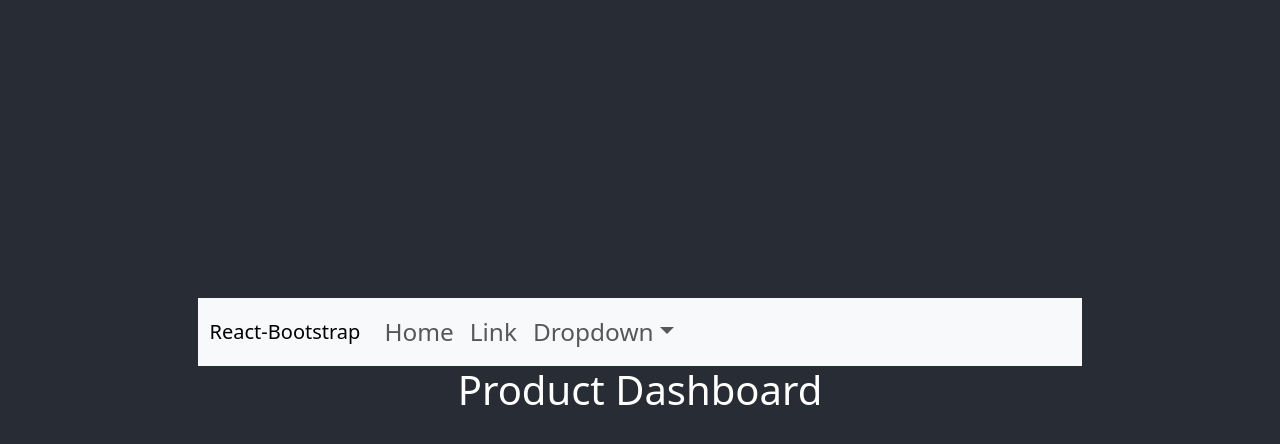
Repository: mahsa199170/React-Redux-Projects
Page: / (app in redux-toolkit-product-dashboard-app/)
These files come from the project's save history. The page is drawn as it stood at one moment and after the next save; the edit follows.
The browser window is 1280 px wide. The pictures show the whole page.
The page's requests for data from a server got no answer. The project was rebuilt for these pictures with package versions that can differ from the ones it lists, and the page was loaded fresh each time. No one was signed in, and anything a server would have sent is missing. Also part of the build but not shown: redux-toolkit-product-dashboard-app/src/components/productDetails/ProductDetails.js, redux-toolkit-product-dashboard-app/src/components/cart/Cart.js.

Above is the page before, as saved 2024-10-29 14:05:52.

### redux-toolkit-product-dashboard-app/src/App.js
import './App.css';
import 'bootstrap/dist/css/bootstrap.min.css';
import Products from './components/Products';
// import { createBrowserRouter, RouterProvider, createRoutesFromElements} from 'react-router-dom';
import { BrowserRouter, Routes, Route } from 'react-router-dom';
import ProductDetails from './components/productDetails/ProductDetails';
import Cart from './components/cart/Cart';

function App() {
  return (
    <div className="App">
      <header className="App-header">
        <BrowserRouter>
          <Routes>
            <Route path="/" element={<Products />} />
            <Route path="/productDetails" element={<ProductDetails />} />
            <Route path="/cart" element={<Cart />} />
          </Routes>
        </BrowserRouter>
      </header>
    </div>
  );
}

export default App;

### redux-toolkit-product-dashboard-app/src/components/Products.js
import React, { useEffect, useState } from 'react';
import Button from 'react-bootstrap/Button';
import Card from 'react-bootstrap/Card';
import NavbarPanel from './navbarPanel/NavbarPanel';

const Products = () => {
  const [products, setPeoducts] = useState([]);

  const url = 'https://fakestoreapi.com/products';

  useEffect(() => {
    fetch(url)
      .then((data) => data.json())
      .then((result) => setPeoducts(result));
  }, []);
  return (
    <div className="row">
      <NavbarPanel />
      <h1>Product Dashboard</h1>
      {products.map((product) => {
        const { id, title, price, image, category, description } = product;

        return (
          <div className="col-md-3" style={{ marginBottom: '20px' }}>
            <Card className="h-100" key={id}>
              <div className="text-center">
                <Card.Img
                  variant="top"
                  src={image}
                  style={{ width: '100px', height: '130px' }}
                />
              </div>
              <Card.Body>
                <Card.Title>{title}</Card.Title>
                <Card.Text>${price}</Card.Text>
              </Card.Body>
              <Card.Footer style={{ backgroundColor: 'white' }}>
                <Button variant="primary">Add To Cart</Button>
              </Card.Footer>
            </Card>
          </div>
        );
      })}
    </div>
  );
};

export default Products;

### redux-toolkit-product-dashboard-app/src/components/navbarPanel/NavbarPanel.js
import React from 'react';
import Container from 'react-bootstrap/Container';
import Nav from 'react-bootstrap/Nav';
import Navbar from 'react-bootstrap/Navbar';
import NavDropdown from 'react-bootstrap/NavDropdown';

const NavbarPanel = () => {
  return (
    <div>
      <Navbar expand="lg" className="bg-body-tertiary">
        <Container>
          <Navbar.Brand href="#home">React-Bootstrap</Navbar.Brand>
          <Navbar.Toggle aria-controls="basic-navbar-nav" />
          <Navbar.Collapse id="basic-navbar-nav">
            <Nav className="me-auto">
              <Nav.Link href="#home">Home</Nav.Link>
              <Nav.Link href="#link">Link</Nav.Link>
              <NavDropdown title="Dropdown" id="basic-nav-dropdown">
                <NavDropdown.Item href="#action/3.1">Action</NavDropdown.Item>
                <NavDropdown.Item href="#action/3.2">
                  Another action
                </NavDropdown.Item>
                <NavDropdown.Item href="#action/3.3">
                  Something
                </NavDropdown.Item>
                <NavDropdown.Divider />
                <NavDropdown.Item href="#action/3.4">
                  Separated link
                </NavDropdown.Item>
              </NavDropdown>
            </Nav>
          </Navbar.Collapse>
        </Container>
      </Navbar>
    </div>
  );
};

export default NavbarPanel;

Loaded but not shown: redux-toolkit-product-dashboard-app/public/index.html (common file); redux-toolkit-product-dashboard-app/src/index.js (common file); redux-toolkit-product-dashboard-app/src/index.css (common file); redux-toolkit-product-dashboard-app/src/App.css (common file)

After the next save:
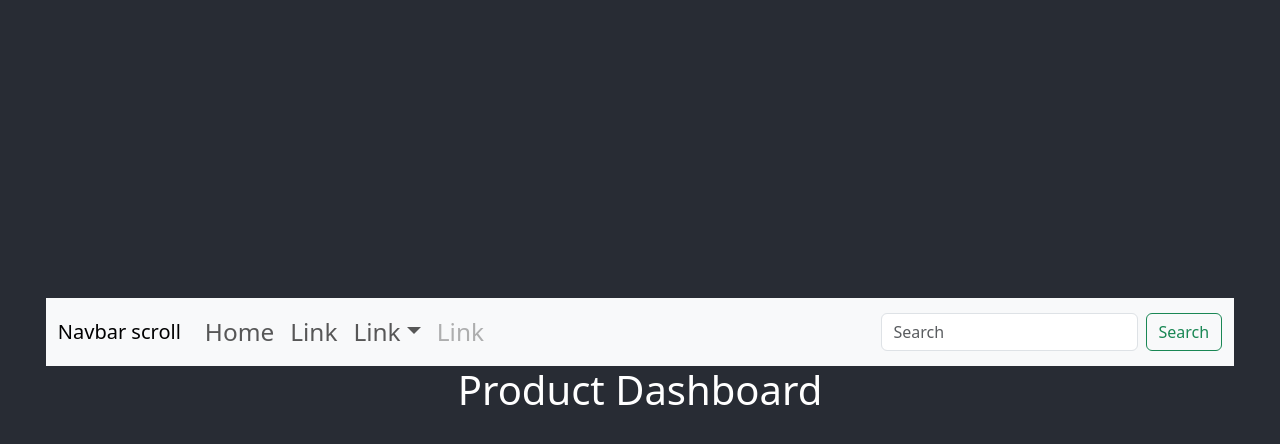
Saved 111 s later.
--- a/redux-toolkit-product-dashboard-app/src/components/navbarPanel/NavbarPanel.js
+++ b/redux-toolkit-product-dashboard-app/src/components/navbarPanel/NavbarPanel.js
@@ -1,5 +1,6 @@
-import React from 'react';
+import Button from 'react-bootstrap/Button';
 import Container from 'react-bootstrap/Container';
+import Form from 'react-bootstrap/Form';
 import Nav from 'react-bootstrap/Nav';
 import Navbar from 'react-bootstrap/Navbar';
 import NavDropdown from 'react-bootstrap/NavDropdown';
@@ -8,27 +9,40 @@ const NavbarPanel = () => {
   return (
     <div>
       <Navbar expand="lg" className="bg-body-tertiary">
-        <Container>
-          <Navbar.Brand href="#home">React-Bootstrap</Navbar.Brand>
-          <Navbar.Toggle aria-controls="basic-navbar-nav" />
-          <Navbar.Collapse id="basic-navbar-nav">
-            <Nav className="me-auto">
-              <Nav.Link href="#home">Home</Nav.Link>
-              <Nav.Link href="#link">Link</Nav.Link>
-              <NavDropdown title="Dropdown" id="basic-nav-dropdown">
-                <NavDropdown.Item href="#action/3.1">Action</NavDropdown.Item>
-                <NavDropdown.Item href="#action/3.2">
+        <Container fluid>
+          <Navbar.Brand href="#">Navbar scroll</Navbar.Brand>
+          <Navbar.Toggle aria-controls="navbarScroll" />
+          <Navbar.Collapse id="navbarScroll">
+            <Nav
+              className="me-auto my-2 my-lg-0"
+              style={{ maxHeight: '100px' }}
+              navbarScroll
+            >
+              <Nav.Link href="#action1">Home</Nav.Link>
+              <Nav.Link href="#action2">Link</Nav.Link>
+              <NavDropdown title="Link" id="navbarScrollingDropdown">
+                <NavDropdown.Item href="#action3">Action</NavDropdown.Item>
+                <NavDropdown.Item href="#action4">
                   Another action
                 </NavDropdown.Item>
-                <NavDropdown.Item href="#action/3.3">
-                  Something
-                </NavDropdown.Item>
                 <NavDropdown.Divider />
-                <NavDropdown.Item href="#action/3.4">
-                  Separated link
+                <NavDropdown.Item href="#action5">
+                  Something else here
                 </NavDropdown.Item>
               </NavDropdown>
+              <Nav.Link href="#" disabled>
+                Link
+              </Nav.Link>
             </Nav>
+            <Form className="d-flex">
+              <Form.Control
+                type="search"
+                placeholder="Search"
+                className="me-2"
+                aria-label="Search"
+              />
+              <Button variant="outline-success">Search</Button>
+            </Form>
           </Navbar.Collapse>
         </Container>
       </Navbar>
